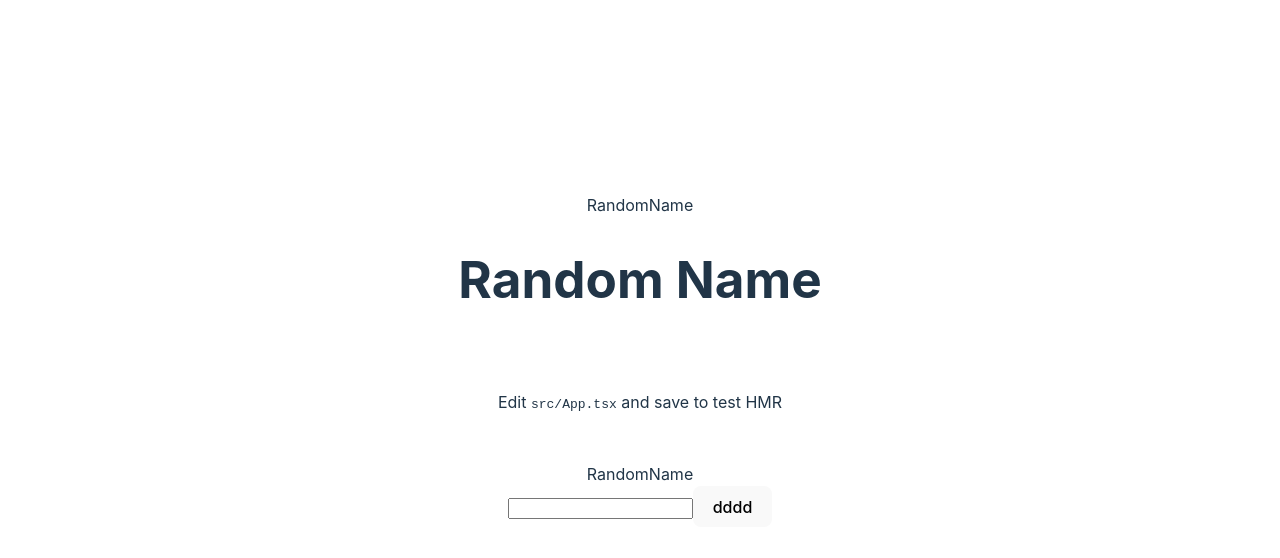
Repository: prodavetc/randomname
Page: /
These files come from the project's save history. The page is drawn as it stood at one moment and after the next save; the edit follows.
The browser window is 1280 px wide. The pictures show the whole page.
The project was rebuilt for these pictures with package versions that can differ from the ones it lists, and the page was loaded fresh each time. Also part of the build but not shown: vite.config.ts.

Above is the page before, as saved 2024-03-26 10:10:20.

### src/main.tsx
import React from 'react'
import ReactDOM from 'react-dom/client'
import App from './App.tsx'
import RandomName from './components/RandomName.tsx' // Import the 'RandomName' component
import './index.css'

ReactDOM.createRoot(document.getElementById('root')!).render(
  <React.StrictMode>
    <RandomName /> {/* Add the 'RandomName' component */}
    <App />
  </React.StrictMode>,
)

### src/App.tsx
import { useState } from 'react'

import './App.css'
import RandomName from './components/RandomName';

function App() {
  const [count, setCount] = useState(0)
  const [list, setList] = useState('')


  const onPressHandler = (event) => {
    event.preventDefault()
    const value = event.target.list.value
    console.log('value: ', value)


    setList(value);
    console.log('lists: ', list)

    if(list){


      let myArray = list.split(", ");
      const randomIndex = myArray[Math.floor(Math.random() * myArray.length)];

      console.log('randomIndex', randomIndex);

    }

  }


  return (
    <>

      <h1>Random Name</h1>
      <div className="card">
       {list}
        <p>
          Edit <code>src/App.tsx</code> and save to test HMR
        </p>
      </div>
      <div>
        <RandomName />
        <form onSubmit={onPressHandler}>
          <input name='list' />
          <button
            value='press'
            title='eee'
          >dddd</button>
        </form>
      </div>
    </>
  )
}

export default App

### src/components/RandomName.tsx


const RandomName = () => {
  return (
    <div>RandomName</div>
  )
}
export default RandomName

Loaded but not shown: index.html (common file); src/index.css (common file); src/App.css (common file)

After the next save:
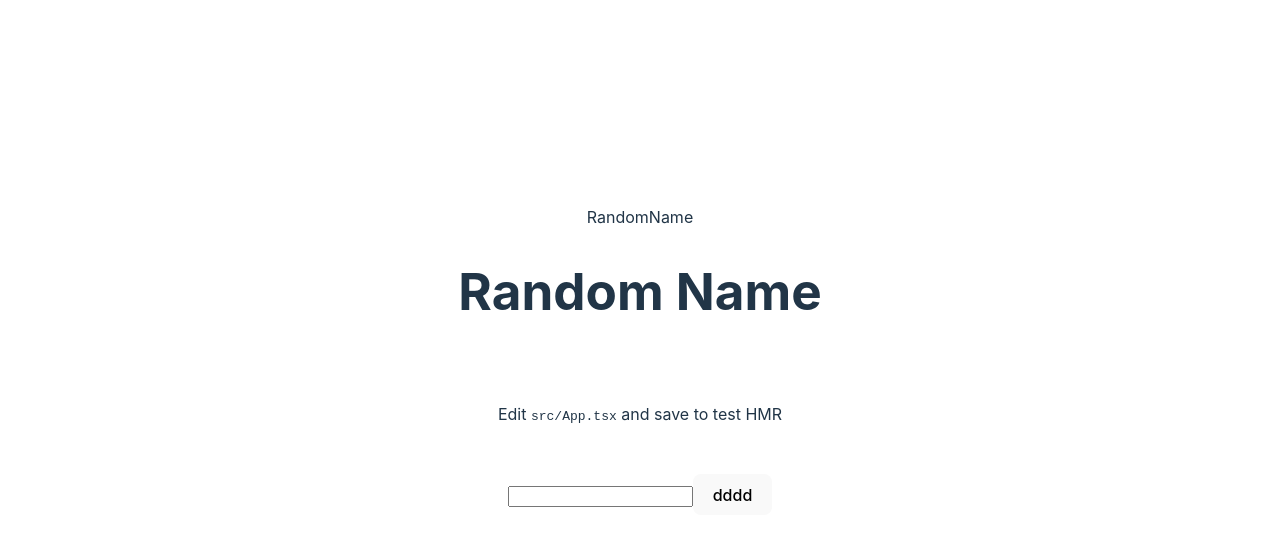
Saved 35 s later.
--- a/src/App.tsx
+++ b/src/App.tsx
@@ -41,7 +41,6 @@ function App() {
         </p>
       </div>
       <div>
-        <RandomName />
         <form onSubmit={onPressHandler}>
           <input name='list' />
           <button
